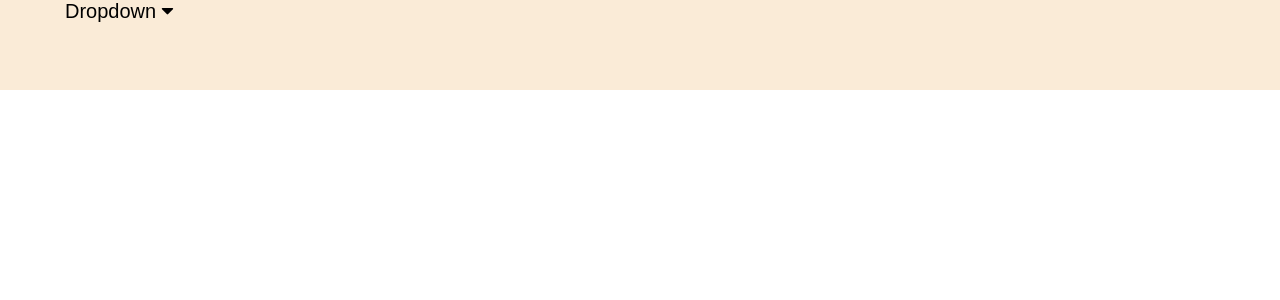
Repository: MorgunovaAlexandra/beauti
Page: index.html
The author's editor kept a copy of each file at every save. The page is drawn from the files as they stood at one save, then again after the next save.
The browser window is 1280 px wide. The pictures show the whole page.

Above is the page before, as saved 2022-08-24 13:35:43.

After the next save:
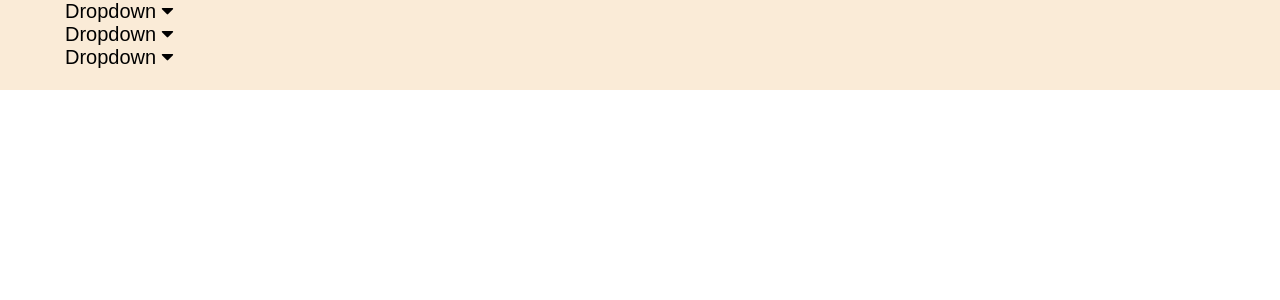
Saved 2 min 51 s later.
--- a/index.html
+++ b/index.html
@@ -30,6 +30,26 @@
                       <a href="#">Link 3</a>
                     </div>
                   </div>
+                  <div class="dropdown">
+                    <button class="dropbtn">Dropdown
+                      <i class="fa fa-caret-down faa"></i>
+                    </button>
+                    <div class="dropdown-content">
+                      <a href="#">Link 1</a>
+                      <a href="#">Link 2</a>
+                      <a href="#">Link 3</a>
+                    </div>
+                  </div>
+                  <div class="dropdown">
+                    <button class="dropbtn">Dropdown
+                      <i class="fa fa-caret-down faa"></i>
+                    </button>
+                    <div class="dropdown-content">
+                      <a href="#">Link 1</a>
+                      <a href="#">Link 2</a>
+                      <a href="#">Link 3</a>
+                    </div>
+                  </div>
             </nav>
             </div>
         </header>
